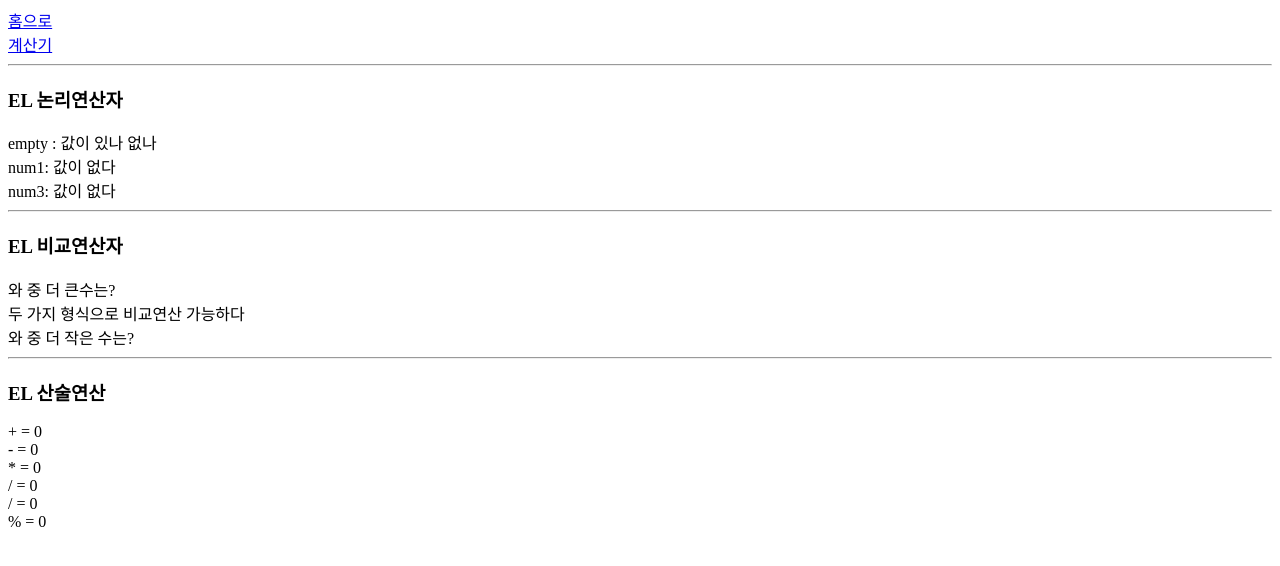
Repository: hyewoon/web
Page: http://localhost/servlet04/operator/calculator_result.jsp
An editor plug-in stored every save of this project. The page is shown before and after the next save, followed by the edit.
The browser window is 1280 px wide. The pictures show the whole page.
The page is served by Tomcat 9. Other server files are loaded and not shown.

Above is the page before, as saved 2022-11-17 06:25:48.

### servlet04/src/main/webapp/operator/calculator_result.jsp
<%@ page language="java" contentType="text/html; charset=UTF-8"
    pageEncoding="UTF-8"%>
<!DOCTYPE html>
<html>
<head>
<meta charset="UTF-8">
<title>Insert title here</title>
</head>
<body>
<div><a href ='../'>홈으로</a></div>
<div><a href ='calculator.jsp'>계산기</a></div>
<hr>
<h3>EL 논리연산자</h3>
<div>empty : 값이 있나 없나</div>
<div>num1: 값이 ${empty param.num1? '없다' : '있다'}</div>
<div>num3: 값이 ${empty param.num3? '없다' : '있다'}</div>



<hr>
<h3>EL 비교연산자</h3>
<div>${param.num1 }와 ${param.num2 } 중 더 큰수는? </div>
<div> 두 가지 형식으로 비교연산 가능하다</div>
<div>	${param.num1 gt (param.num2-0) ? param.num1 : param.num2}</div>
<div>	${param.num1 - param.num2 gt 0 ? param.num1 : param.num2}</div>
<div>${param.num1 }와 ${param.num2 } 중 더 작은 수는? </div>
<div>	${param.num1 lt (param.num2-0) ? param.num1 : param.num2}</div>
<div>	${param.num1 - param.num2 lt 0 ? param.num1 : param.num2}</div>
<!--파라미터로 보내진 데이터는 문자열이라서 2와 10비교하면 2가 더 크다 나온다
	하지만, 산술연산자가 있으면 내부적으로 숫자라고 생각해서 연산
-->

<hr>
<h3>EL 산술연산</h3>
<div>${param.num1} + ${param.num2} = ${param.num1 + param.num2}</div>
<div>${param.num1} - ${param.num2} = ${param.num1 - param.num2}</div>
<div>${param.num1} * ${param.num2} = ${param.num1 * param.num2}</div>
<div>${param.num1} / ${param.num2} = ${param.num1 /param.num2 }</div>
<div>${param.num1} / ${param.num2}
					= ${param.num2 ==0 ? 0: param.num1 div param.num2}</div>
<div>${param.num1} % ${param.num2} = ${param.num1 mod param.num2}</div>

</body>
</html>

After the next save:
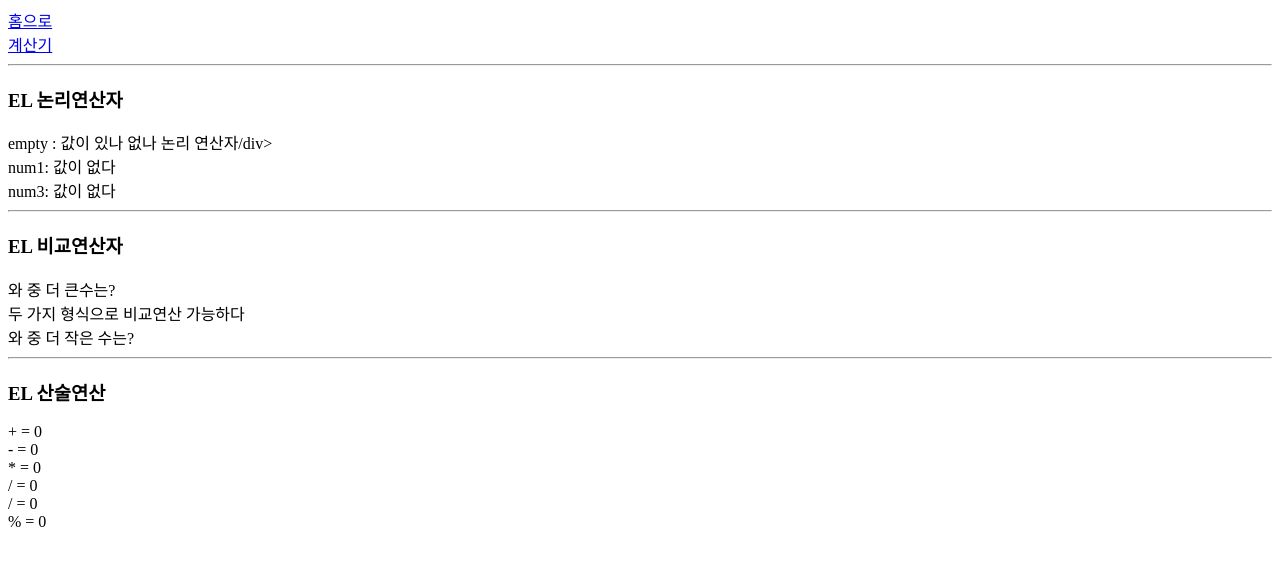
Saved 13 s later.
--- a/servlet04/src/main/webapp/operator/calculator_result.jsp
+++ b/servlet04/src/main/webapp/operator/calculator_result.jsp
@@ -11,7 +11,7 @@
 <div><a href ='calculator.jsp'>계산기</a></div>
 <hr>
 <h3>EL 논리연산자</h3>
-<div>empty : 값이 있나 없나</div>
+<div>empty : 값이 있나 없나 논리 연산자/div>
 <div>num1: 값이 ${empty param.num1? '없다' : '있다'}</div>
 <div>num3: 값이 ${empty param.num3? '없다' : '있다'}</div>
 
